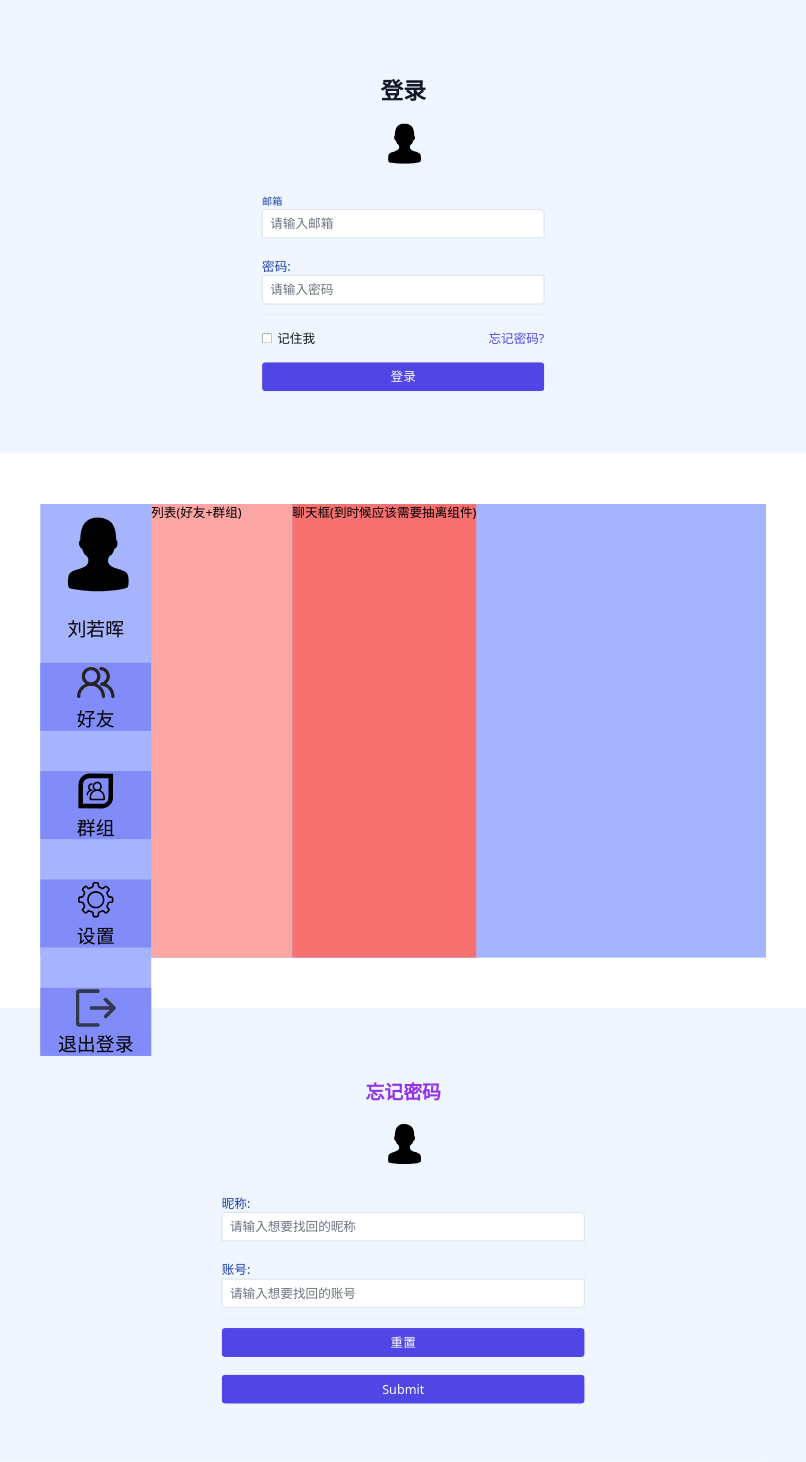
Repository: LiuRuohui/test_the_tailwindcss
Page: /
The author's editor kept a copy of each file at every save. The page is drawn from the files as they stood at one save, then again after a run of saves.
The browser window is 1280 px wide. The pictures show the whole page, at 63% of full size.
The project was rebuilt for these pictures with package versions that can differ from the ones it lists, and the page was loaded fresh each time. Also part of the build but not shown: vite.config.js, src/components/WelcomingPage.vue, src/components/RegisterPage.vue, src/components/HelloWorld.vue.

Above is the page before, as saved 2022-03-04 21:48:10.

After the next 2 saves:
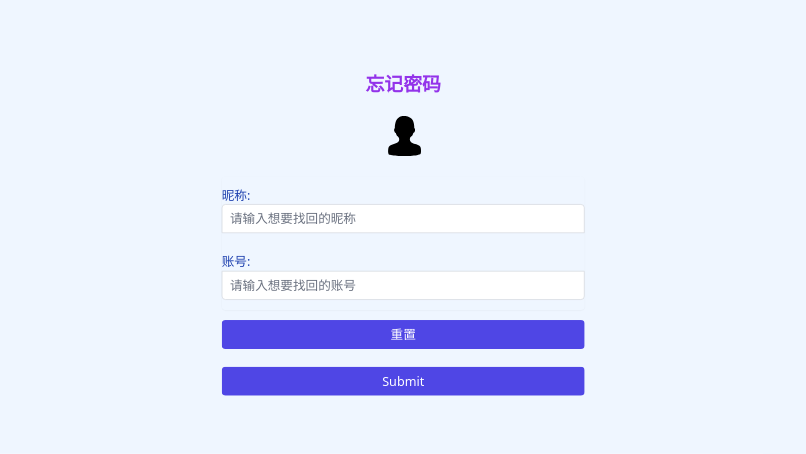
The 2 saves are shown as one change because they came seconds apart.
The last was saved 73 s later.
--- a/src/App.vue
+++ b/src/App.vue
@@ -9,9 +9,9 @@ import HelloWorld from "./components/HelloWorld.vue";
 
 <template>
 <!--<WelcomingPage class="bg-blue-50 page"></WelcomingPage>
-<RegisterPage class="bg-blue-50 page"></RegisterPage>  -->
+<RegisterPage class="bg-blue-50 page"></RegisterPage>
 <LoginPage class="bg-blue-50 page"></LoginPage>
-<MainPage class="bg-blue-50 page"></MainPage>
+<MainPage class="bg-blue-50 page"></MainPage>  -->
 <ForgetPasswd class="bg-blue-50 page"></ForgetPasswd>
 
 </template>
